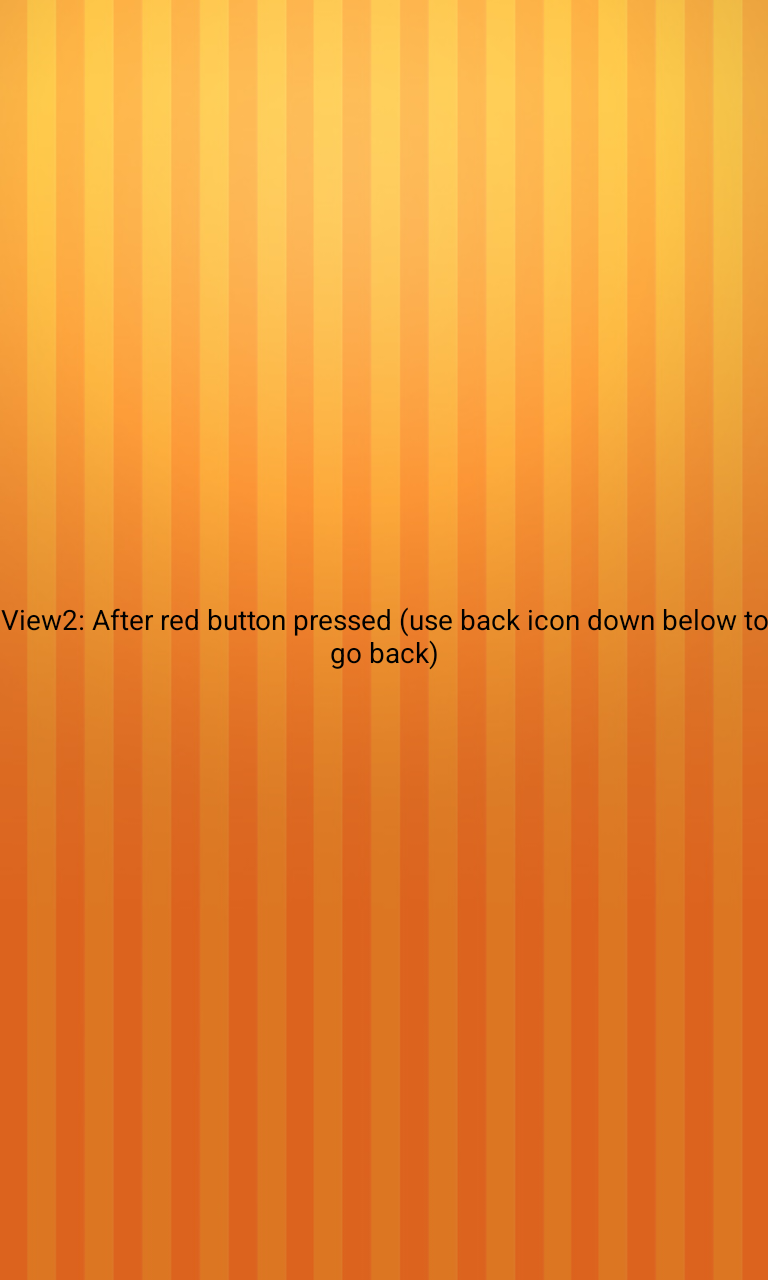
Repository: jmwhite999/_ColoredGradientButtons
Layout: ColoredGradientButtons/res/layout/game.xml
The author's editor kept a copy of each file at every save. The layout is drawn from the files as they stood at one save, then again after the next save.
It is drawn on a 768 x 1280 px phone screen (xhdpi) without system bars, with theme android:Theme.NoTitleBar.Fullscreen; the app's code is not run.

Above is the layout before, as saved 2014-01-02 10:27:37.

After the next save:
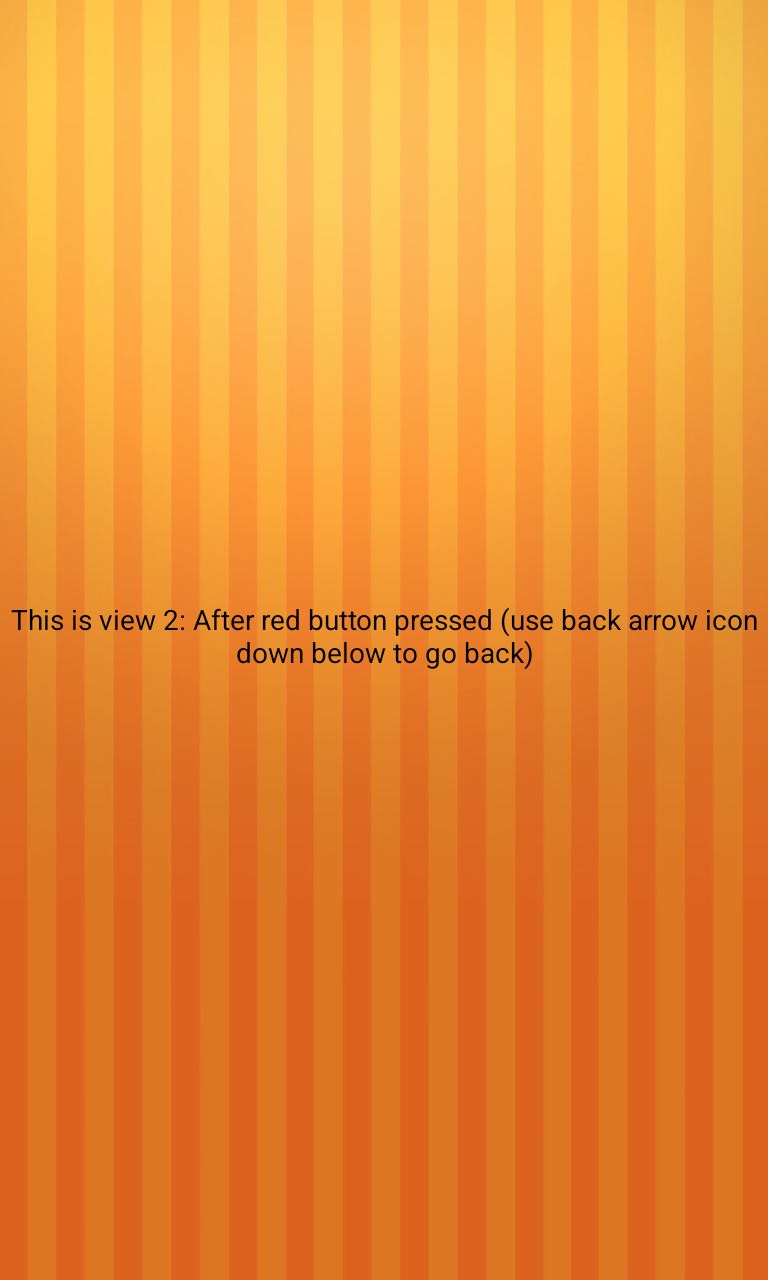
Saved 55 s later.
--- a/ColoredGradientButtons/res/values/strings.xml
+++ b/ColoredGradientButtons/res/values/strings.xml
@@ -3,7 +3,7 @@
 
     <string name="button_label">I\'m a button</string>
     <string name="app_name">JMClrdBtnsApp</string>
-    <string name="frame">View2: After red button pressed (use back icon down below to go back)</string>
+    <string name="frame">This is view 2: After red button pressed (use back arrow  icon down below to go back)</string>
 	<string name="btnlabel1">Button1</string>
 	<string name="btnlabel2">Button2</string>
 	<string name="btnlabel3">Button3</string>
